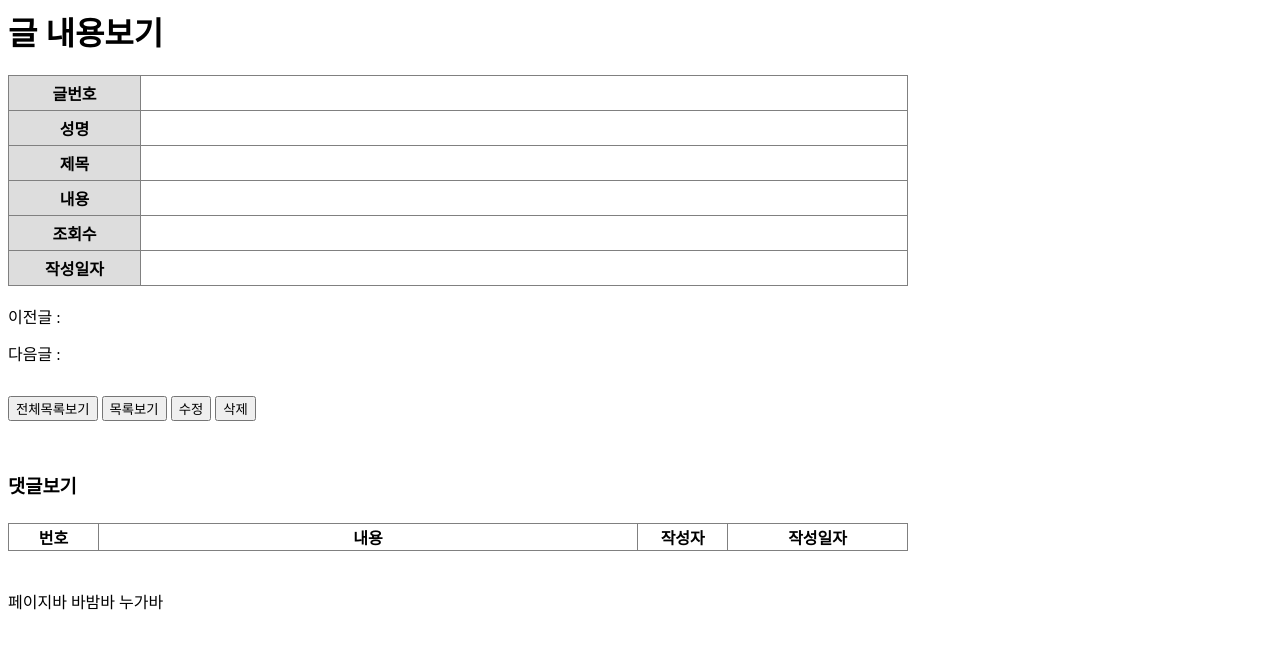
Repository: gold37/Spring
Page: http://localhost/Board/WEB-INF/views/tiles1/board/view.jsp
The author's editor kept a copy of each file at every save. The page is drawn from the files as they stood at one save, then again after the next save.
The browser window is 1280 px wide. The pictures show the whole page.
The page is served by Tomcat 9. Nobody is signed in. The template is opened directly, without the code that normally fills it, so the values that code supplies are empty.

Above is the page before, as saved 2020-07-24 00:13:34.
Console error: ReferenceError: $ is not defined

After the next save:
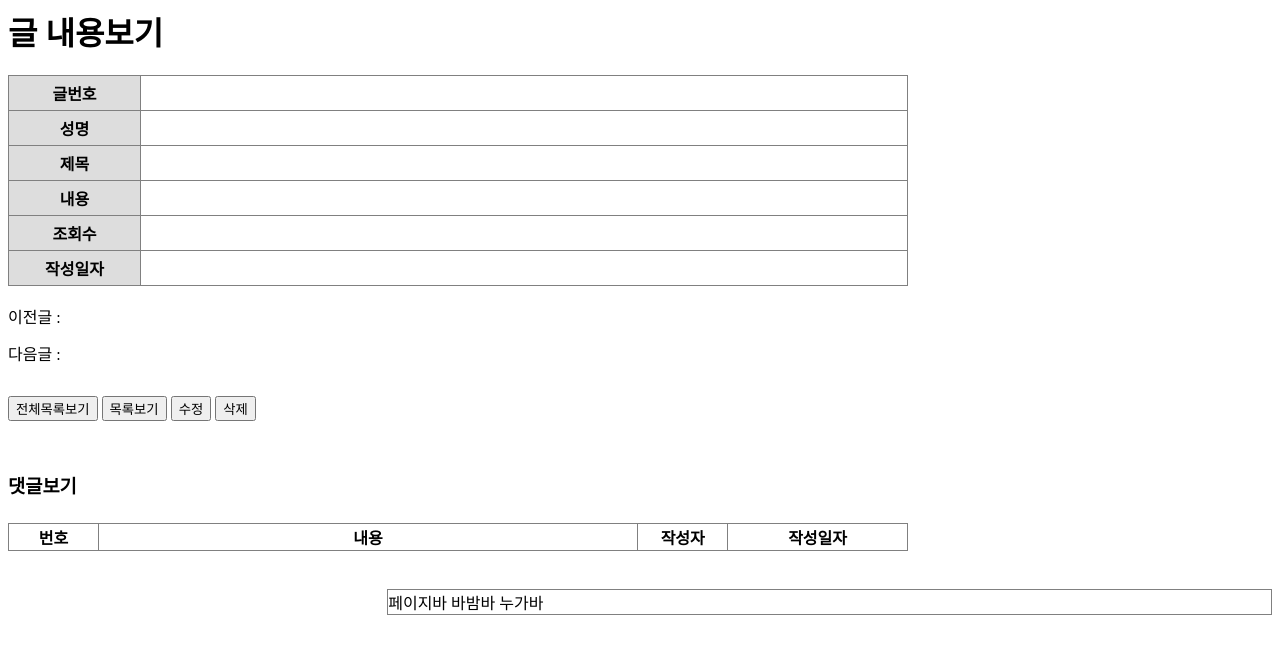
Saved 3 min 52 s later.
--- a/springworkspace/Board/src/main/webapp/WEB-INF/views/tiles1/board/view.jsp
+++ b/springworkspace/Board/src/main/webapp/WEB-INF/views/tiles1/board/view.jsp
@@ -274,7 +274,7 @@ a {text-decoration: none !important;}
 	</table>
 
 	<!-- === #134. 댓글 페이지바 === -->
-	<div id="pageBar" style="">
+	<div id="pageBar" style="border: solid 1px gray; margin-left: 30%;">
 		페이지바 바밤바 누가바
 	</div>
 
